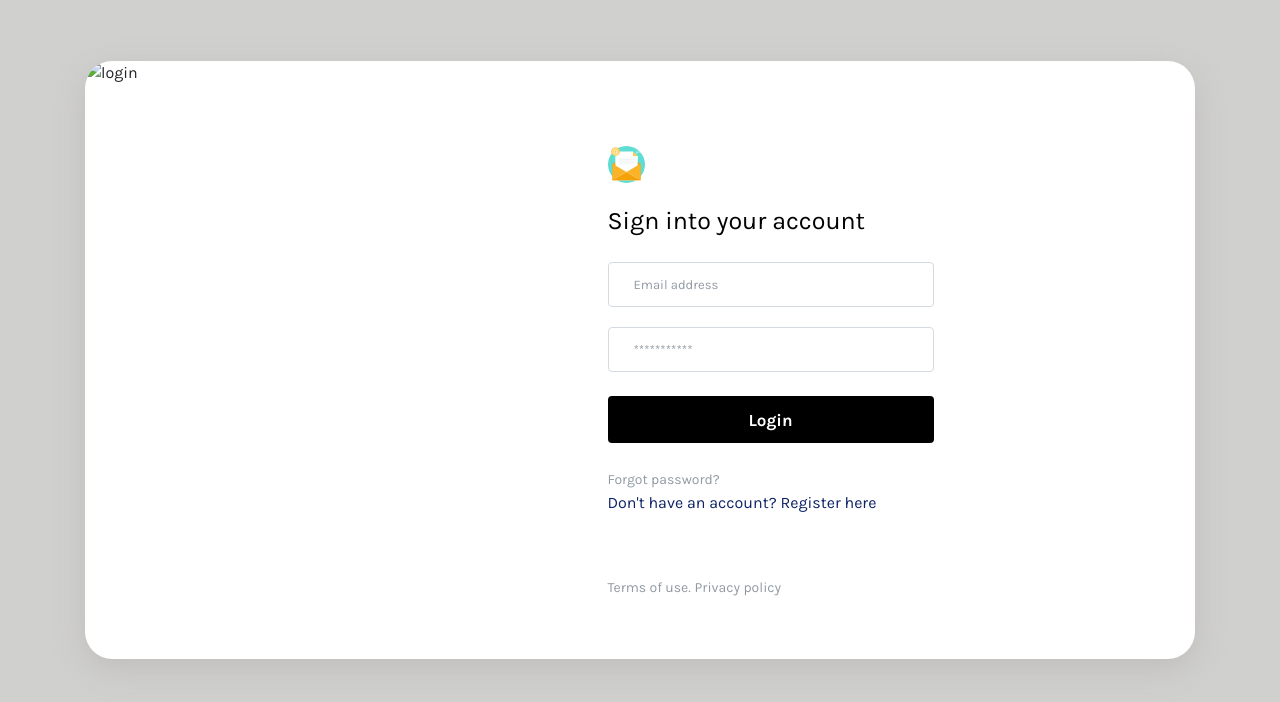
Repository: sara55m/Login
Page: http://localhost/login
These files come from the project's save history. The page is drawn as it stood at one moment and after the next save; the edit follows.
The browser window is 1280 px wide. The pictures show the whole page.
Some web libraries are served in a nearby version. The page is served by the project's Laravel application, run on PHP 8.4 with Laravel 10. Other server files are loaded and not shown.

Above is the page before, as saved 2024-03-01 20:33:43.

### routes/web.php
<?php

use Illuminate\Support\Facades\Route;
use App\Http\Controllers\RegisterController;
use App\Http\Controllers\LoginController;

/*
|--------------------------------------------------------------------------
| Web Routes
|--------------------------------------------------------------------------
|
| Here is where you can register web routes for your application. These
| routes are loaded by the RouteServiceProvider and all of them will
| be assigned to the "web" middleware group. Make something great!
|
*/

Route::get('/', function () {
    return view('welcome');
});


Route::get('/register', [RegisterController::class,'create']);


Route::post('/register/store', [RegisterController::class,'store']);

Route::get('/login', [LoginController::class,'create']);

### app/Http/Controllers/LoginController.php
<?php

namespace App\Http\Controllers;

use Illuminate\Http\Request;

class LoginController extends Controller
{
    public function create(){
        return view('login');
    }
}

### resources/views/login.blade.php
@extends('layout')
@section('title')
Login Form
@stop
@section('content')
              <p class="login-card-description">Sign into your account</p>
              <form action="#!">
                  <div class="form-group">
                    <label for="email" class="sr-only">Email</label>
                    <input type="email" name="email" id="email" class="form-control" placeholder="Email address">
                  </div>
                  <div class="form-group mb-4">
                    <label for="password" class="sr-only">Password</label>
                    <input type="password" name="password" id="password" class="form-control" placeholder="***********">
                  </div>
                  <input name="login" id="login" class="btn btn-block login-btn mb-4" type="button" value="Login">
                </form>
                <a href="#!" class="forgot-password-link">Forgot password?</a>
                <p class="login-card-footer-text">Don't have an account? <a href="/register" class="text-reset">Register here</a></p>
                <nav class="login-card-footer-nav">
                  <a href="#!">Terms of use.</a>
                  <a href="#!">Privacy policy</a>
                </nav>
                @endsection

### resources/views/layout.blade.php
<!DOCTYPE html>
<html lang="en">
<head>
  <meta charset="UTF-8">
  <meta name="viewport" content="width=device-width, initial-scale=1.0">
  <meta http-equiv="X-UA-Compatible" content="ie=edge">
  <title>@yield('title')</title>
  <link href="https://fonts.googleapis.com/css?family=Karla:400,700&display=swap" rel="stylesheet">
  <link rel="stylesheet" href="https://cdn.materialdesignicons.com/4.8.95/css/materialdesignicons.min.css">
  <link rel="stylesheet" href="https://stackpath.bootstrapcdn.com/bootstrap/4.4.1/css/bootstrap.min.css">
  <link rel="stylesheet" href="assets/css/login.css">
</head>
<body>
    <main class="d-flex align-items-center min-vh-100 py-3 py-md-0">
        <div class="container">
          <div class="card login-card">
            <div class="row no-gutters">
              <div class="col-md-5">
                <img src="assets/images/login.jpg" alt="login" class="login-card-img">
              </div>
              <div class="col-md-7">
                <div class="card-body">
                  <div class="brand-wrapper">
                    <img src="assets/images/email.svg" alt="logo" class="logo">
                  </div>
                  @yield('content')

                </div>
            </div>
          </div>
        </div>
        <!-- <div class="card login-card">
          <img src="assets/images/login.jpg" alt="login" class="login-card-img">
          <div class="card-body">
            <h2 class="login-card-title">Login</h2>
            <p class="login-card-description">Sign in to your account to continue.</p>
            <form action="#!">
              <div class="form-group">
                <label for="email" class="sr-only">Email</label>
                <input type="email" name="email" id="email" class="form-control" placeholder="Email">
              </div>
              <div class="form-group">
                <label for="password" class="sr-only">Password</label>
                <input type="password" name="password" id="password" class="form-control" placeholder="Password">
              </div>
              <div class="form-prompt-wrapper">
                <div class="custom-control custom-checkbox login-card-check-box">
                  <input type="checkbox" class="custom-control-input" id="customCheck1">
                  <label class="custom-control-label" for="customCheck1">Remember me</label>
                </div>
                <a href="#!" class="text-reset">Forgot password?</a>
              </div>
              <input name="login" id="login" class="btn btn-block login-btn mb-4" type="button" value="Login">
            </form>
            <p class="login-card-footer-text">Don't have an account? <a href="#!" class="text-reset">Register here</a></p>
          </div>
        </div> -->
      </div>
    </main>
    <script src="https://code.jquery.com/jquery-3.4.1.min.js"></script>
    <script src="https://cdn.jsdelivr.net/npm/popper.js@1.16.0/dist/umd/popper.min.js"></script>
    <script src="https://stackpath.bootstrapcdn.com/bootstrap/4.4.1/js/bootstrap.min.js"></script>
  </body>
  </html>

### public/assets/css/login.css
body {
  font-family: "Karla", sans-serif;
  background-color: #d0d0ce;
  min-height: 100vh; }

.brand-wrapper {
  margin-bottom: 19px; }
  .brand-wrapper .logo {
    height: 37px; }

.login-card {
  border: 0;
  border-radius: 27.5px;
  box-shadow: 0 10px 30px 0 rgba(172, 168, 168, 0.43);
  overflow: hidden; }
  .login-card-img {
    border-radius: 0;
    position: absolute;
    width: 100%;
    height: 100%;
    -o-object-fit: cover;
       object-fit: cover; }
  .login-card .card-body {
    padding: 85px 60px 60px; }
    @media (max-width: 422px) {
      .login-card .card-body {
        padding: 35px 24px; } }
  .login-card-description {
    font-size: 25px;
    color: #000;
    font-weight: normal;
    margin-bottom: 23px; }
  .login-card form {
    max-width: 326px; }
  .login-card .form-control {
    border: 1px solid #d5dae2;
    padding: 15px 25px;
    margin-bottom: 20px;
    min-height: 45px;
    font-size: 13px;
    line-height: 15;
    font-weight: normal; }
    .login-card .form-control::-webkit-input-placeholder {
      color: #919aa3; }
    .login-card .form-control::-moz-placeholder {
      color: #919aa3; }
    .login-card .form-control:-ms-input-placeholder {
      color: #919aa3; }
    .login-card .form-control::-ms-input-placeholder {
      color: #919aa3; }
    .login-card .form-control::placeholder {
      color: #919aa3; }
  .login-card .login-btn {
    padding: 13px 20px 12px;
    background-color: #000;
    border-radius: 4px;
    font-size: 17px;
    font-weight: bold;
    line-height: 20px;
    color: #fff;
    margin-bottom: 24px; }
    .login-card .login-btn:hover {
      border: 1px solid #000;
      background-color: transparent;
      color: #000; }
  .login-card .forgot-password-link {
    font-size: 14px;
    color: #919aa3;
    margin-bottom: 12px; }
  .login-card-footer-text {
    font-size: 16px;
    color: #0d2366;
    margin-bottom: 60px; }
    @media (max-width: 767px) {
      .login-card-footer-text {
        margin-bottom: 24px; } }
  .login-card-footer-nav a {
    font-size: 14px;
    color: #919aa3; }

/*# sourceMappingURL=login.css.map */

### public/assets/images/email.svg
<?xml version="1.0" encoding="iso-8859-1"?>
<!-- Generator: Adobe Illustrator 19.0.0, SVG Export Plug-In . SVG Version: 6.00 Build 0)  -->
<svg version="1.1" id="Layer_1" xmlns="http://www.w3.org/2000/svg" xmlns:xlink="http://www.w3.org/1999/xlink" x="0px" y="0px"
	 viewBox="0 0 512 512" style="enable-background:new 0 0 512 512;" xml:space="preserve">
<path style="fill:#5DDDD3;" d="M255.999,0C397.385,0,512,114.613,512,256.001C512,397.385,397.385,512,255.999,512
	S0,397.385,0,256.001C0,114.613,114.615,0,255.999,0z"/>
<g>
	<path style="fill:#F5A209;" d="M450.359,244.56H61.643l194.358-114.723L450.359,244.56z"/>
	<path style="fill:#F5A209;" d="M61.641,244.56h388.716v229.45H61.641V244.56z"/>
</g>
<path style="fill:#FFFFFF;" d="M101.578,77.635h244.43l64.413,64.413v331.965H101.578V77.637V77.635z"/>
<path style="fill:#ECF0F1;" d="M148.146,162.641h215.701v4.864H148.146V162.641z M148.146,215.039L148.146,215.039h215.701v4.868
	H148.146V215.039z M148.146,224.064L148.146,224.064h215.701v4.866H148.146V224.064z M148.146,233.088L148.146,233.088h215.701
	v4.864H148.146V233.088z M148.146,242.113L148.146,242.113h215.712v4.864H148.146V242.113z M148.146,171.665L148.146,171.665
	h215.701v4.866H148.146V171.665z M148.146,180.69L148.146,180.69h215.701v4.866H148.146V180.69z M148.146,189.714L148.146,189.714
	h215.712v4.864H148.146V189.714z M148.144,198.739L148.144,198.739h165.225v4.864H148.144V198.739z M148.144,251.139
	L148.144,251.139h165.225v4.866H148.144V251.139z"/>
<path style="fill:#FFCA4F;" d="M346.01,77.635v64.413h64.413L346.01,77.635z"/>
<path style="fill:#B3B3B3;" d="M218.214,426.22h73.188v7.15h-73.188V426.22z"/>
<g>
	<path style="fill:#FBB429;" d="M61.641,244.56l194.358,114.723L61.641,474.01V244.56z"/>
	<path style="fill:#FBB429;" d="M450.359,244.56L256.001,359.283L450.359,474.01V244.56z"/>
</g>
<path style="fill:#F5A209;" d="M255.999,359.283L61.641,474.01h388.716L255.999,359.283z"/>
<path style="fill:#F7FAFA;" d="M410.42,206.456v-64.41h-64.41L410.42,206.456z"/>
<path style="fill:#FFCA4F;" d="M103.842,16.605c33.759,0,61.127,27.367,61.127,61.127s-27.369,61.127-61.127,61.127
	c-33.761,0-61.127-27.369-61.127-61.127C42.715,43.971,70.083,16.605,103.842,16.605z"/>
<g>
	<path style="fill:#FFFFFF;" d="M108.481,93.852c-1.905,2.207-4.039,3.98-6.412,5.318c-2.359,1.336-4.732,1.998-7.106,1.998
		c-2.615,0-5.153-0.765-7.631-2.282c-2.463-1.532-4.46-3.876-6.008-7.047c-1.548-3.168-2.313-6.654-2.313-10.44
		c0-4.67,1.202-9.342,3.59-14.029c2.388-4.67,5.36-8.184,8.908-10.544c3.545-2.344,7-3.515,10.334-3.515
		c2.553,0,4.987,0.659,7.313,1.998c2.315,1.338,4.313,3.38,5.98,6.099l1.548-6.835h7.84l-6.339,29.56
		c-0.889,4.116-1.323,6.383-1.323,6.817c0,0.798,0.3,1.488,0.902,2.059c0.602,0.571,1.336,0.855,2.176,0.855
		c1.561,0,3.605-0.886,6.129-2.674c3.349-2.344,6.008-5.483,7.962-9.432c1.951-3.936,2.926-7.99,2.926-12.182
		c0-4.897-1.261-9.463-3.768-13.699c-2.509-4.249-6.264-7.644-11.251-10.2c-4.97-2.538-10.484-3.814-16.508-3.814
		c-6.879,0-13.172,1.607-18.852,4.807c-5.693,3.215-10.109,7.812-13.231,13.805c-3.142,5.995-4.703,12.42-4.703,19.286
		c0,7.181,1.561,13.355,4.688,18.536c3.138,5.197,7.66,9.027,13.577,11.505c5.918,2.476,12.466,3.709,19.663,3.709
		c7.706,0,14.149-1.29,19.345-3.889c5.197-2.582,9.086-5.739,11.672-9.448h7.929c-1.501,3.08-4.07,6.233-7.704,9.432
		c-3.636,3.199-7.962,5.739-12.978,7.6c-5.018,1.863-11.071,2.794-18.131,2.794c-6.52,0-12.528-0.842-18.025-2.509
		c-5.512-1.667-10.197-4.176-14.074-7.523c-3.876-3.365-6.791-7.228-8.758-11.582c-2.463-5.541-3.695-11.52-3.695-17.934
		c0-7.135,1.473-13.952,4.403-20.426c3.587-7.931,8.681-14.014,15.275-18.236c6.595-4.22,14.585-6.324,23.989-6.324
		c7.285,0,13.833,1.486,19.632,4.46c5.799,2.974,10.38,7.404,13.714,13.293c2.855,5.062,4.282,10.577,4.282,16.523
		c0,8.502-2.99,16.043-8.967,22.635c-5.349,5.92-11.176,8.879-17.513,8.879c-2.031,0-3.651-0.317-4.897-0.933
		c-1.248-0.615-2.161-1.502-2.749-2.659C108.933,96.93,108.664,95.653,108.481,93.852z M87.123,81.954L87.123,81.954
		c0,4.026,0.961,7.148,2.871,9.373c1.905,2.238,4.086,3.349,6.562,3.349c1.638,0,3.365-0.498,5.197-1.473
		c1.817-0.992,3.561-2.447,5.214-4.385c1.665-1.938,3.018-4.401,4.07-7.375c1.065-2.974,1.592-5.962,1.592-8.965
		c0-3.982-0.992-7.091-2.974-9.285c-1.982-2.207-4.403-3.305-7.241-3.305c-1.876,0-3.651,0.481-5.318,1.427
		c-1.654,0.961-3.259,2.494-4.82,4.61c-1.548,2.103-2.809,4.67-3.742,7.706c-0.946,3.018-1.411,5.797-1.411,8.321V81.954z"/>
	<path style="fill:#FFFFFF;" d="M473.318,59.119l18.644,16.812l1.707,1.539l-1.707,1.537l-18.644,16.812l-2.767-3.074l14.638-13.203
		h-68.45v-4.145h68.45l-14.638-13.203l2.767-3.074V59.119z"/>
	<path style="fill:#FFFFFF;" d="M405.645,70.798l-18.642,16.814l-1.707,1.537l1.707,1.539l18.642,16.814l2.767-3.076l-14.638-13.203
		h68.45v-4.143h-68.45l14.638-13.205l-2.767-3.076V70.798z"/>
</g>
<g>
</g>
<g>
</g>
<g>
</g>
<g>
</g>
<g>
</g>
<g>
</g>
<g>
</g>
<g>
</g>
<g>
</g>
<g>
</g>
<g>
</g>
<g>
</g>
<g>
</g>
<g>
</g>
<g>
</g>
</svg>

Loaded but not shown: app/Http/Controllers/Controller.php (common file)

After the next save:
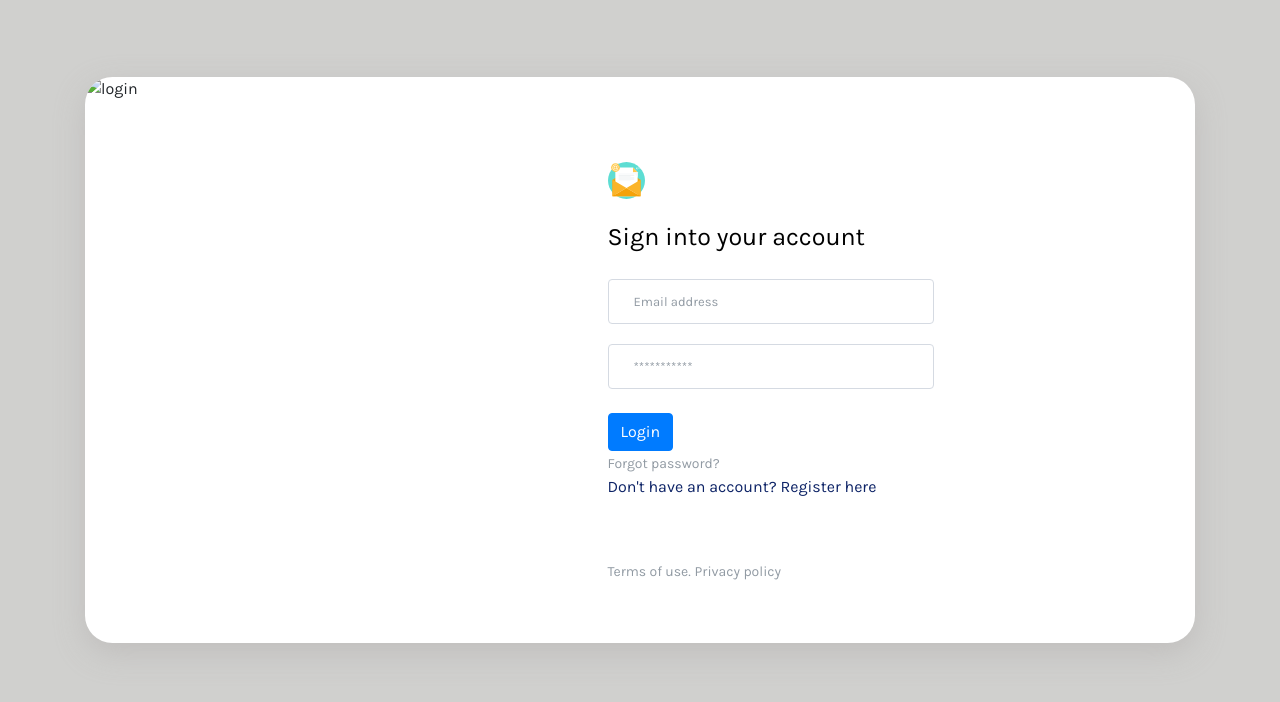
Saved 3 min 40 s later.
--- a/resources/views/login.blade.php
+++ b/resources/views/login.blade.php
@@ -4,7 +4,8 @@ Login Form
 @stop
 @section('content')
               <p class="login-card-description">Sign into your account</p>
-              <form action="#!">
+              <form action="/login" method="post">
+                @csrf
                   <div class="form-group">
                     <label for="email" class="sr-only">Email</label>
                     <input type="email" name="email" id="email" class="form-control" placeholder="Email address">
@@ -13,7 +14,7 @@ Login Form
                     <label for="password" class="sr-only">Password</label>
                     <input type="password" name="password" id="password" class="form-control" placeholder="***********">
                   </div>
-                  <input name="login" id="login" class="btn btn-block login-btn mb-4" type="button" value="Login">
+                  <button type="submit" class="btn btn-primary" name="login">Login</button>
                 </form>
                 <a href="#!" class="forgot-password-link">Forgot password?</a>
                 <p class="login-card-footer-text">Don't have an account? <a href="/register" class="text-reset">Register here</a></p>
